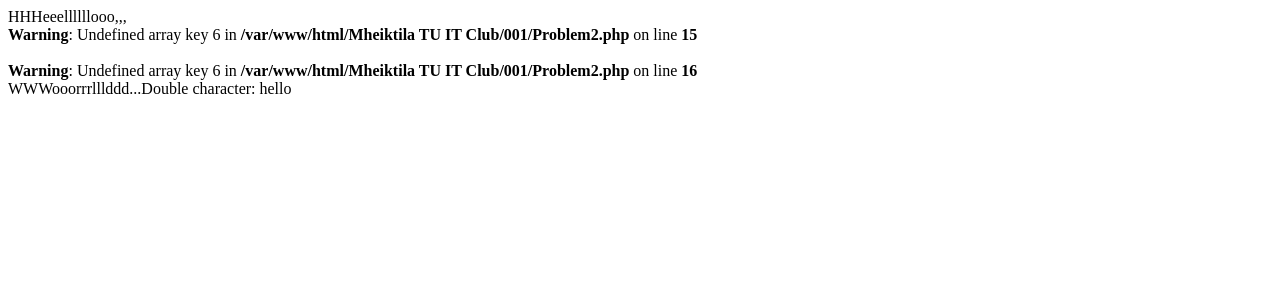
Repository: zinminkhantoo/assignment01
Page: http://localhost/Mheiktila TU IT Club/001/Problem2.php
These files come from the project's save history. The page is drawn as it stood at one moment and after the next save; the edit follows.
The browser window is 1280 px wide. The pictures show the whole page.
The page is run by PHP 8.4 with error messages shown; the project is at /var/www/html/.

Above is the page before, as saved 2020-04-15 13:55:39.

### Test/Mheiktila TU IT Club/001/Problem2.php
<?php
    function doubleChar($str) {
        $tmp = str_split($str);
         $DoubleCh = array();
         $string="hello";
        for ($i = 0; $i < count($tmp); $i++) {
            if ($tmp[$i] != " "){
                for ($j = 0; $j < 2; $j++) {
                    $DoubleCh[$i]= $tmp[$i];
                    echo $DoubleCh[$i];
                }
            }

                else
                    $DoubleCh[$i] == " ";
                echo $DoubleCh[$i];
                }

    return $string;
    }
    echo "Double character: ".doubleChar("Hello, World.");
?>

After the next save:
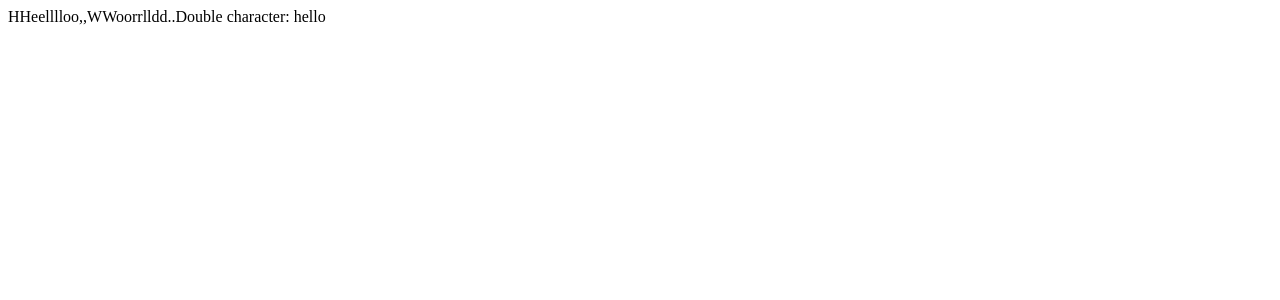
Saved 36 s later.
--- a/Test/Mheiktila TU IT Club/001/Problem2.php
+++ b/Test/Mheiktila TU IT Club/001/Problem2.php
@@ -11,9 +11,9 @@
                 }
             }
 
-                else
-                    $DoubleCh[$i] == " ";
-                echo $DoubleCh[$i];
+//                 else
+//                     $DoubleCh[$i] == " ";
+//                 echo $DoubleCh[$i];
                 }
 
     return $string;
